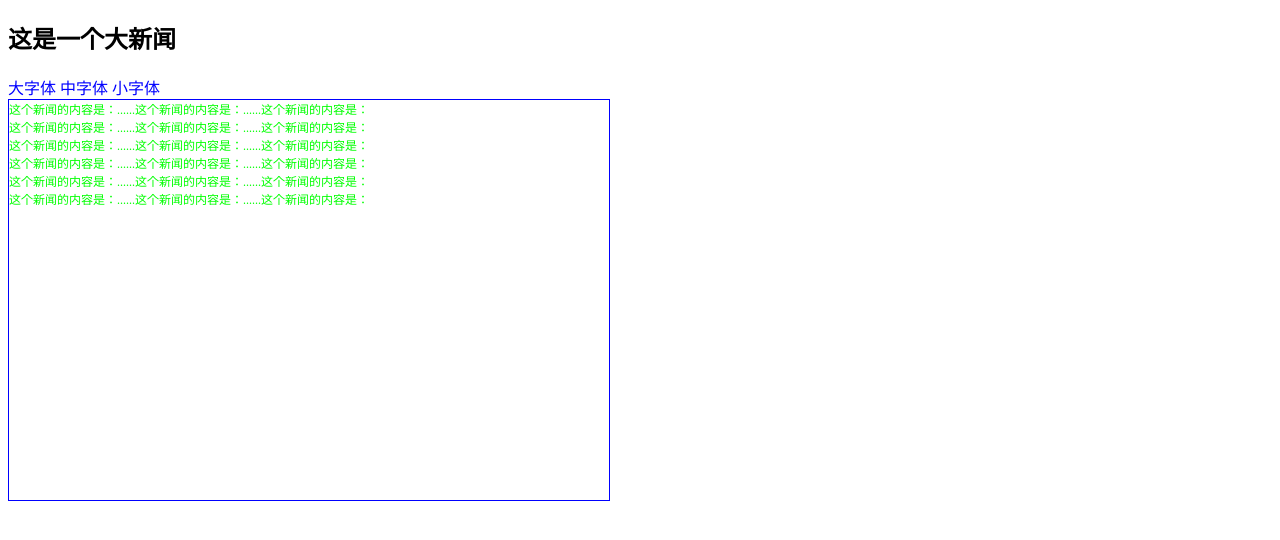
Repository: tangchengjingwen/javaLearningCode
Page: javaLearningCode/day31_html/demo_news.html
The author's editor kept a copy of each file at every save. The page is drawn from the files as they stood at one save, then again after the next save.
The browser window is 1280 px wide. The pictures show the whole page.

Above is the page before, as saved 2012-05-15 07:19:17.

### javaLearningCode/day31_html/demo_news.html
<!DOCTYPE HTML PUBLIC "-//W3C//DTD HTML 4.01//EN" "http://www.w3.org/TR/html4/strict.dtd">
<html>
	<head>
		<meta http-equiv="Content-Type" content="text/html; charset=GBK">
		<title>Untitled Document</title>
		<style type="text/css">

			#newstext{border:#0000ff 1px solid;width:600px;height:400px}
			a:link,a:visited{
					color:#0000ff;
					text-decoration:none;
			}

			.max{
				color:#f00;
				font-size:24px;
			}
			.min{
				color:#0f0;
				font-size:12px;
			}
			.norm{
				color:#000;
				font-size:16px;
			}
		</style>
	</head>
	<body>

		<!--
		需求：新闻字体的动态调整。
		1，用html标签对数据进行封装。
		2，定义样式，定义静态样式，再定义动态样式。
		3，确定事件源，和要处理的事件动作，是在事件处理方式中明确被处理的节点。
			事件源：三个超链接。 如何取消超链接的默认点击效果，href="javascript:void(0)"
			事件动作：onclick
			被处理的节点：newstext 新闻内容。

		-->
		<div id="newsid">
		<h2>这是一个大新闻</h2>

		<script type="text/javascript">

			function setFontSize_2(size,clr){

				//1，获取div新闻文本对象。
				var divNode = document.getElementById("newstext");

				//2,给div设置样式。
				divNode.style.fontSize = size;
				divNode.style.color = clr;
			}

			function setFontSize(){

			}
		</script>

		<a href="javascript:void(0)" onclick="setFontSize('max')">大字体</a>
		<a href="javascript:void(0)" onclick="setFontSize('norm')">中字体</a>
		<a href="javascript:void(0)" onclick="setFontSize('min')">小字体</a>
		<div id="newstext" class="min">
		这个新闻的内容是：......这个新闻的内容是：......这个新闻的内容是：<br/>
		这个新闻的内容是：......这个新闻的内容是：......这个新闻的内容是：<br/>
		这个新闻的内容是：......这个新闻的内容是：......这个新闻的内容是：<br/>
		这个新闻的内容是：......这个新闻的内容是：......这个新闻的内容是：<br/>
		这个新闻的内容是：......这个新闻的内容是：......这个新闻的内容是：<br/>
		这个新闻的内容是：......这个新闻的内容是：......这个新闻的内容是：<br/>
		</div>
		</div>
	</body>
</html>

After the next save:
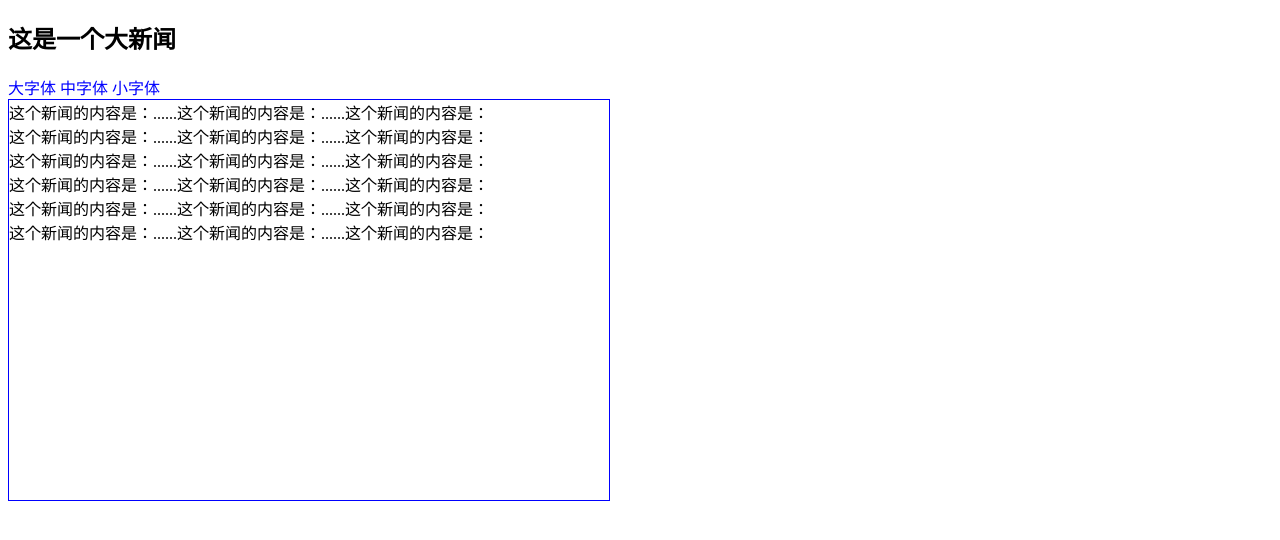
Saved 6 s later.
--- a/javaLearningCode/day31_html/demo_news.html
+++ b/javaLearningCode/day31_html/demo_news.html
@@ -60,7 +60,7 @@
 		<a href="javascript:void(0)" onclick="setFontSize('max')">大字体</a>
 		<a href="javascript:void(0)" onclick="setFontSize('norm')">中字体</a>
 		<a href="javascript:void(0)" onclick="setFontSize('min')">小字体</a>
-		<div id="newstext" class="min">
+		<div id="newstext" class="norm">
 		这个新闻的内容是：......这个新闻的内容是：......这个新闻的内容是：<br/>
 		这个新闻的内容是：......这个新闻的内容是：......这个新闻的内容是：<br/>
 		这个新闻的内容是：......这个新闻的内容是：......这个新闻的内容是：<br/>
